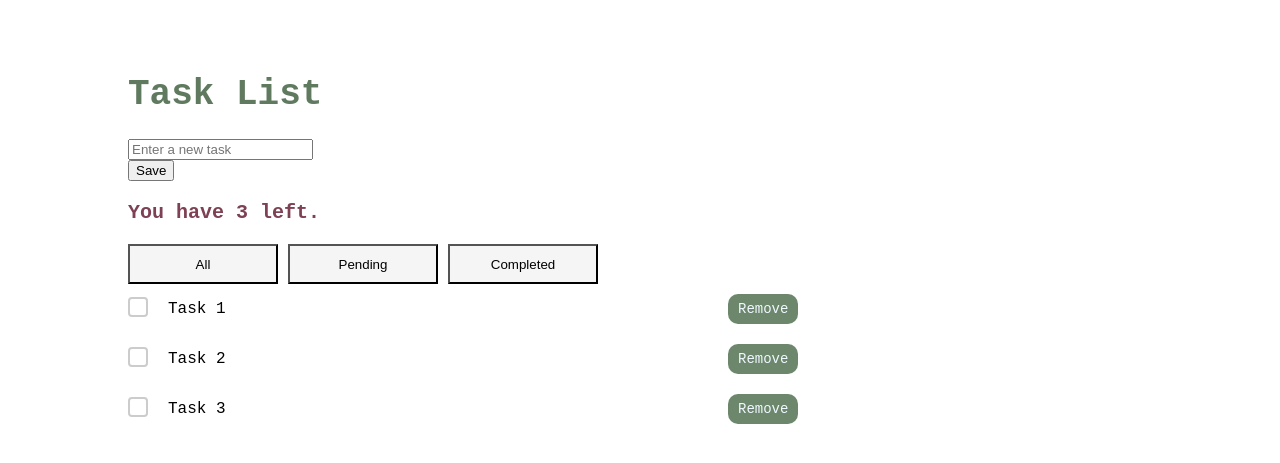
Repository: SandyLy453/task-list
Page: /
An editor plug-in stored every save of this project. The page is shown before and after the next save, followed by the edit.
The browser window is 1280 px wide. The pictures show the whole page.
The project was rebuilt for these pictures with package versions that can differ from the ones it lists, and the page was loaded fresh each time. Also part of the build but not shown: vite.config.js.

Above is the page before, as saved 2024-10-25 18:24:53.

After the next save:
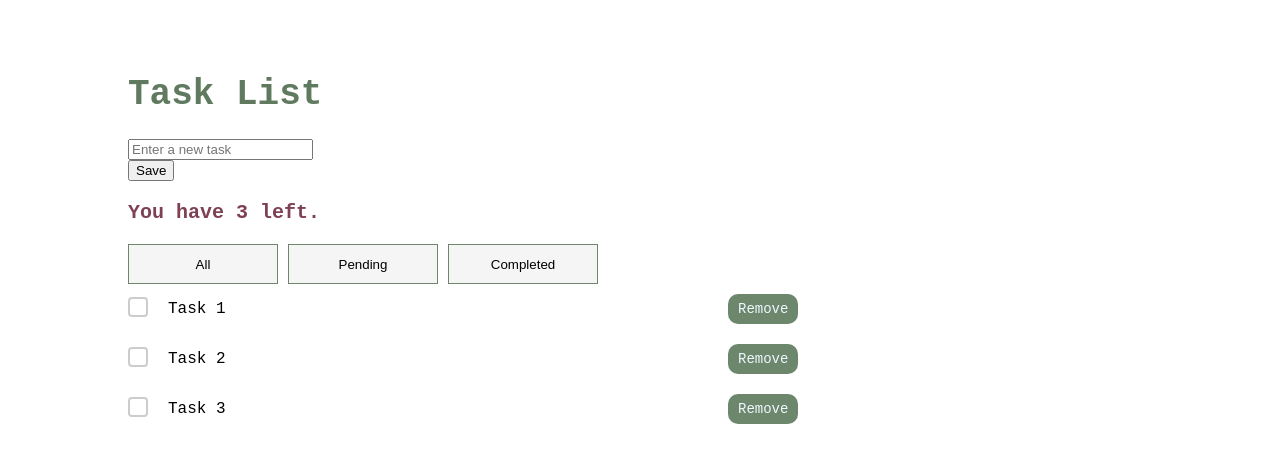
Saved 32 s later.
--- a/src/index.css
+++ b/src/index.css
@@ -42,6 +42,7 @@
   width: 150px;
   height: 40px;
   background-color: whitesmoke;
+  border: 1px solid rgb(108, 135, 108);
 }
 
 .sm-btn{
